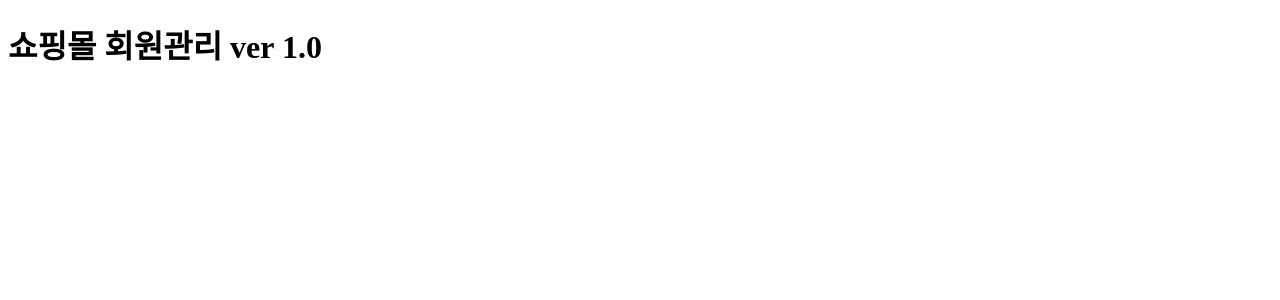
Repository: haileylee94/mini-project
Page: http://localhost/hrd/
The author's editor kept a copy of each file at every save. The page is drawn from the files as they stood at one save, then again after the next save.
The browser window is 1280 px wide. The pictures show the whole page.
The page is served by Tomcat 9.

Above is the page before, as saved 2022-11-17 08:44:49.

After the next save:
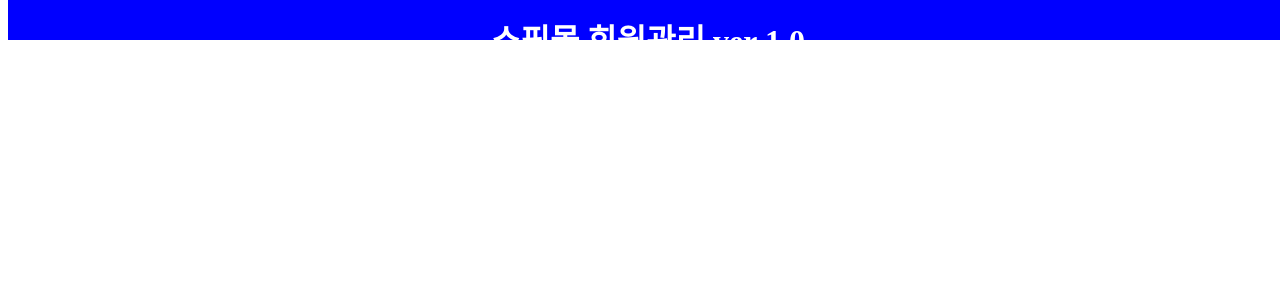
Saved 112 s later.
--- a/hrd/WebContent/index.jsp
+++ b/hrd/WebContent/index.jsp
@@ -7,7 +7,7 @@
 <title>index</title>
 </head>
 <body>
-	<header>
+	<header style="position:fixed; top:0px; width:100%; height: 40px; background-color: blue; color: white; text-align: center; line-height: 40px;">
 		<h1>쇼핑몰 회원관리 ver 1.0</h1>
 	</header>
 </body>
